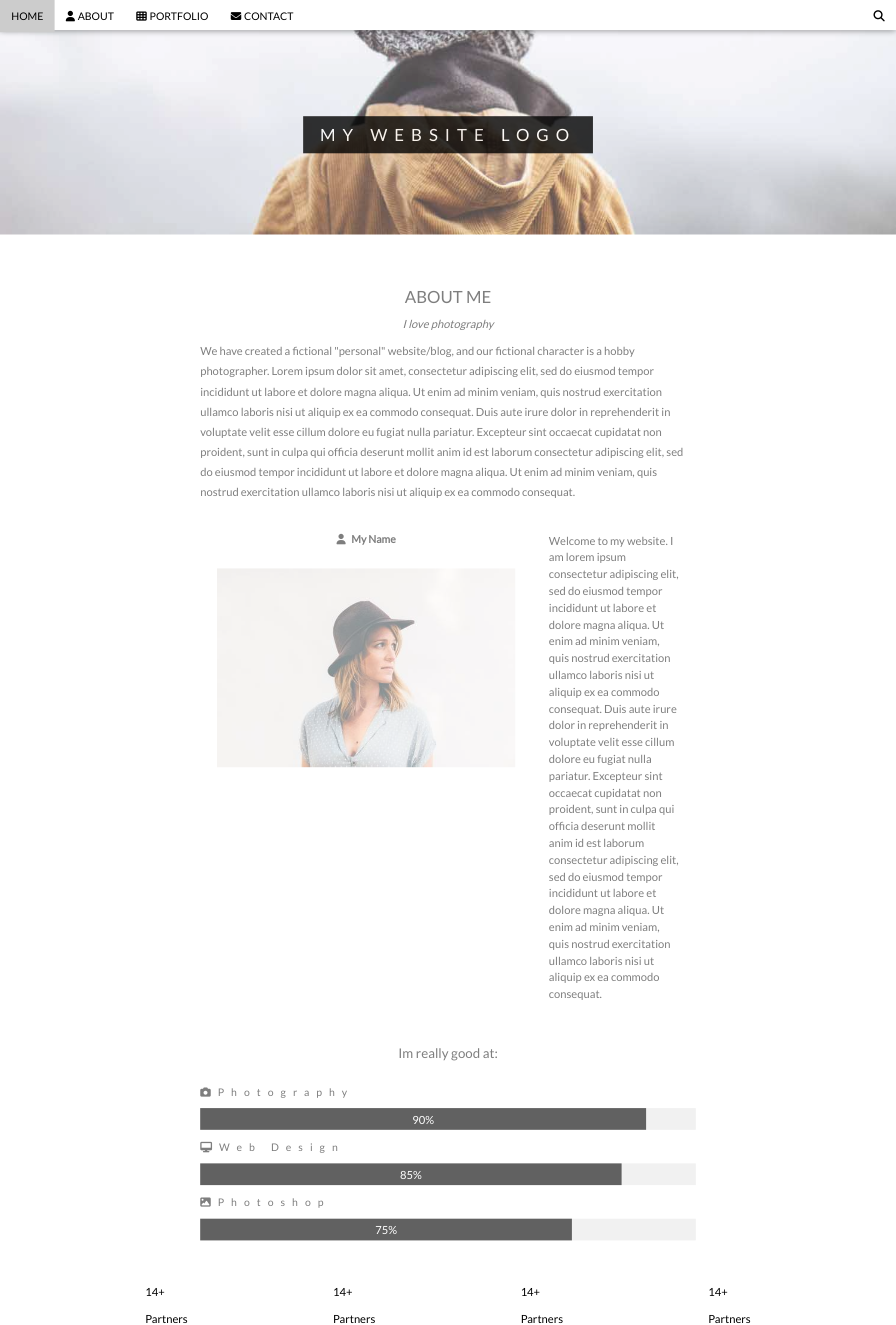
Repository: xd25vn/project-error
Page: index.html
An editor plug-in stored every save of this project. The page is shown before and after the next save, followed by the edit.
The browser window is 1280 px wide. The pictures show the whole page, at 70% of full size.

Above is the page before, as saved 2023-09-02 19:17:36.

### index.html
<html lang="en">
<head>
    <meta charset="UTF-8">
    <meta name="viewport" content="width=device-width, initial-scale=1.0">
    <title>TEMPLATE PARALLAX</title>
    <link rel="stylesheet" href="./assets/base.css">
    <link rel="stylesheet" href="./assets/main.css">
    <link rel="stylesheet" href="https://fonts.googleapis.com/css?family=Lato">
    <link rel="stylesheet" href="./assets/font/fontawesome-free-6.4.0-web/fontawesome-free-6.4.0-web/css/all.min.css">
</head>
<body>
    <!--! HEADER -->
    <header>
        <!--? NAV -->
        <ul id="nav">
            <li><a href="#">Home</a></li>
            <li><a href="#"><i class="fa-solid fa-user"></i>About</a></li>
            <li><a href="#"><i class="fa fa-th"></i>Portfolio</a></li>
            <li><a href="#"><i class="fa-solid fa-envelope"></i>contact</a></li>
        </ul>
        <div class="nav-icon-search">
            <i class="fa-solid fa-magnifying-glass"></i>
        </div>
        <!--? NAV -->
    </header>
    <!--! HEADER -->
    <!--& SIDEBAR -->
    <div id="sidebar">
        <div class="sidebar-img-one"></div>
        <div class="sidebar-text-one">
            <span>MY WEBSITE LOGO</span>
        </div>
    </div>
    <!-- & SIDEBAR -->
    <div id="content">
        <div id="about">
            <h3 class="heading-section">ABOUT ME</h3>
            <p class="sub-heading-section">I love photography</p>
            <p class="about-section">We have created a fictional "personal" website/blog, and our fictional character is a hobby photographer. Lorem ipsum dolor sit amet, consectetur adipiscing elit, sed do eiusmod tempor incididunt ut labore et dolore magna aliqua. Ut enim ad minim veniam, quis nostrud exercitation ullamco laboris nisi ut aliquip ex ea commodo consequat. Duis aute irure dolor in reprehenderit in voluptate velit esse cillum dolore eu fugiat nulla pariatur. Excepteur sint occaecat cupidatat non proident, sunt in culpa qui officia deserunt mollit anim id est laborum consectetur adipiscing elit, sed do eiusmod tempor incididunt ut labore et dolore magna aliqua. Ut enim ad minim veniam, quis nostrud exercitation ullamco laboris nisi ut aliquip ex ea commodo consequat.</p>

            <div id="per-dec-one">
                <div class="per-img-one">
                    <div class="heading-per-one">
                        <b><i class="fa fa-user w3-margin-right"></i>My Name</b>
                    </div>
                    <br>
                    <div class="per-img">
                        <img src="./assets/image/per-dec-img/avatar_hat.jpg" alt="AVATER HAT">
                    </div>
                </div>

                <div class="per-text-one">
                    <p>Welcome to my website. I am lorem ipsum consectetur adipiscing elit, sed do eiusmod tempor incididunt ut labore et dolore magna aliqua. Ut enim ad minim veniam, quis nostrud exercitation ullamco laboris nisi ut aliquip ex ea commodo consequat. Duis aute irure dolor in reprehenderit in voluptate velit esse cillum dolore eu fugiat nulla pariatur. Excepteur sint occaecat cupidatat non proident, sunt in culpa qui officia deserunt mollit anim id est laborum consectetur adipiscing elit, sed do eiusmod tempor incididunt ut labore et dolore magna aliqua. Ut enim ad minim veniam, quis nostrud exercitation ullamco laboris nisi ut aliquip ex ea commodo consequat.</p>
                </div>
            </div>

            <div class="rate">
                <div class="rate-heading-one">
                        <p>Im really good at:</p>
                </div>
                <div class="wrapper-rate">
                    <div class="rate-section">
                        <div class="rate-section-text-one">
                            <p><i class="fa-solid fa-camera"></i>Photography</p>
                        </div>
                        <div class="rate-section-bg">
                            <div class="rate-section-sub-bg-one">
                                <p>90%</p>
                            </div>
                        </div>
                    </div>

                    <div class="rate-section">
                        <div class="rate-section-text-one">
                            <p><i class="fa-sharp fa-solid fa-desktop"></i>Web Design</p>
                        </div>
                        <div class="rate-section-bg">
                            <div class="rate-section-sub-bg-two">
                                <p>85%</p>
                            </div>
                        </div>
                    </div>

                    <div class="rate-section">
                        <div class="rate-section-text-one">
                            <p><i class="fa-solid fa-image"></i>Photoshop</p>
                        </div>
                        <div class="rate-section-bg">
                            <div class="rate-section-sub-bg-three">
                                <p>75%</p>
                            </div>
                        </div>
                    </div>
                </div>
            </div>
        </div>

        <div class="sum-number">
            <div class="value-section">
                <p>14+</p><br>
                <p>Partners</p>
            </div>

            <div class="value-section">
                <p>14+</p><br>
                <p>Partners</p>
            </div>

            <div class="value-section">
                <p>14+</p><br>
                <p>Partners</p>
            </div>

            <div class="value-section">
                <p>14+</p><br>
                <p>Partners</p>
            </div>
        </div>

        <div class="portfolio">

        </div>

        <div class="my-work">

        </div>

        <div class="contact">

        </div>

        <div class="map-work">

        </div>
    </div>

    <footer id="footer">

    </footer>
</body>
</html>

### assets/base.css
* {
    margin: 0;
    padding: 0;
    box-sizing: border-box;
}
body {
    background-color: #fff;
    font-family: "Lato", sans-serif;
}

### assets/main.css
header {
    height: 43px;
    width: 100%;
    background-color: #fff;
    box-shadow: 0 0 10px rgba(0, 0, 0, 0.6);
    position: fixed;
    z-index: 1;
}

header #nav {
    display: flex;
    list-style: none;
    align-items: center;
    position: relative;
}

header #nav li {
    padding: 14px 16px;
    display: block;
}

header #nav li i {
    padding-right: 4px;
}

header
#nav
li a {
    text-decoration: none;
    color: #000;
    font-size: 15px;
    text-transform: uppercase;
}

header
#nav
li:hover {
    background: #ccc;
    cursor: pointer;
}

header
.nav-icon-search
i {
    position: absolute;
    top: 0;
    right: 0;
    padding: 14px 16px;
    text-align: center;
}

header .nav-icon-search:hover i {
    background-color: #f44336 !important;
    color: #fff;
    display: block;
    cursor: pointer;
}

#sidebar .sidebar-img-one {
    background: url(../assets/image/sidebar1.jpg) center / cover no-repeat;
    padding-top: calc(27% - 10.18px);
    opacity: 0.7;
    position: relative;
}

#sidebar .sidebar-text-one {
    background-color: #000 !important;
    position: absolute;
    padding: 12px 24px;
    left: 50%;
    transform: translateX(-50%);
    top: 23%;
    opacity: 0.8;
}

#sidebar .sidebar-text-one span {
    color: #fff;
    font-size: 24px;
    letter-spacing: 10;
}

#content #about {
    margin: 0px 270px;
    padding: 64px 16px;
}

#content #about .heading-section {
    margin: 10px 0px;
    font-size: 24px;
    font-weight: 400;
    text-align: center;
    opacity: 0.5;
}

#content #about .sub-heading-section {
    margin: 15px 0px;
    font-style: italic;
    text-align: center;
    opacity: 0.5;
}

#content #about .about-section {
    margin: 15px 0px;
    line-height: 1.8;
    opacity: 0.5;
}

#content #per-dec-one {
    display: flex;
}

#content #per-dec-one .per-img-one {
    padding: 12px 24px;
    text-align: center;
}

#content #per-dec-one .per-img-one .heading-per-one {
    margin: 15px 0px;
    font-size: 15px;
    opacity: 0.5;
}

#content #per-dec-one .per-img-one .heading-per-one i {
    padding-right: 8px;
}

#content #per-dec-one .per-img {
    width: 100%;
}

#content #per-dec-one .per-img img {
    height:  284px;
    width: 426px;
    opacity: 0.5;
}

#content #per-dec-one .per-img-one .per-img img:hover {
    opacity: 1;
}

#content #per-dec-one .per-text-one {
    margin: 15px 0;
    padding: 12px 24px;
    opacity: 0.5;
}

#content #per-dec-one .per-text-one p {
    line-height: 1.5;
}

#content .rate .rate-heading-one {
    margin: 18px 0px;
    padding: 16px 0px;
    text-align: center;
}

#content .rate .rate-heading-one p {
    font-size: 19px;
    opacity: 0.5;
}

.rate .rate-section .rate-section-text-one {
    margin: 15px 0;
}

.rate .rate-section .rate-section-text-one p {
    letter-spacing: 10px;
    font-size: 15px;
    opacity: 0.5;
}

.rate .rate-section .rate-section-bg {
    background-color: #f1f1f1;
    width: 100%;
}

.rate .rate-section .rate-section-bg .rate-section-sub-bg-one {
    background-color: #616161;
    width: 90%;
    padding: 6px 8px;
    text-align: center;
}

.rate .rate-section .rate-section-bg .rate-section-sub-bg-two {
    background-color: #616161;
    width: 85%;
    padding: 6px 8px;
    text-align: center;
}

.rate .rate-section .rate-section-bg .rate-section-sub-bg-three {
    background-color: #616161;
    width: 75%;
    padding: 6px 8px;
    text-align: center;
}

.rate .rate-section .rate-section-bg p {
    color: #fff;
}

#content .sum-number {
    display: flex;
    justify-content: space-evenly;
}

Loaded but not shown: assets/font/fontawesome-free-6.4.0-web/fontawesome-free-6.4.0-web/css/all.min.css (library)

After the next save:
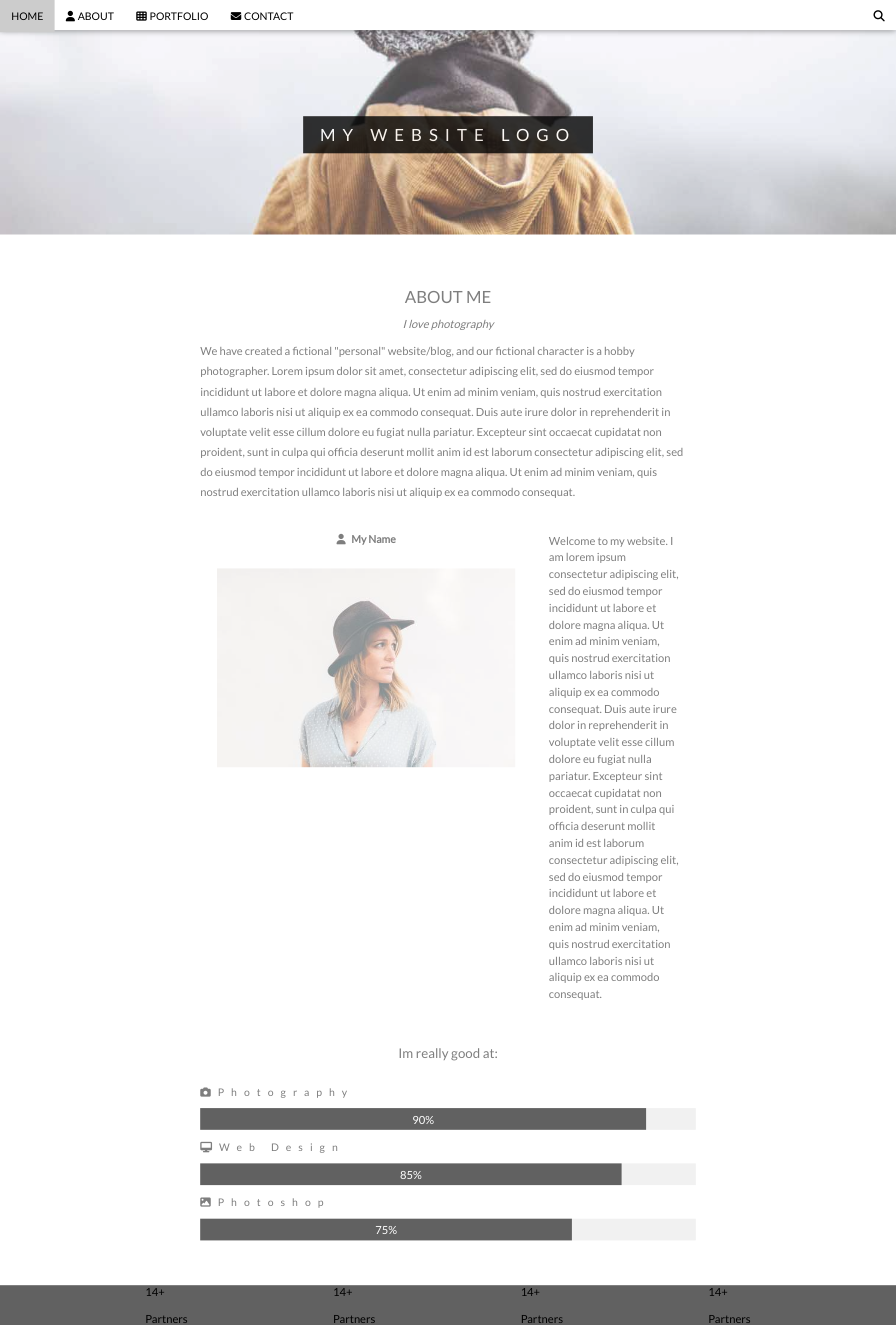
Saved 20 s later.
--- a/assets/main.css
+++ b/assets/main.css
@@ -202,4 +202,5 @@ header .nav-icon-search:hover i {
 #content .sum-number {
     display: flex;
     justify-content: space-evenly;
-}
+    background-color: #616161;
+}
